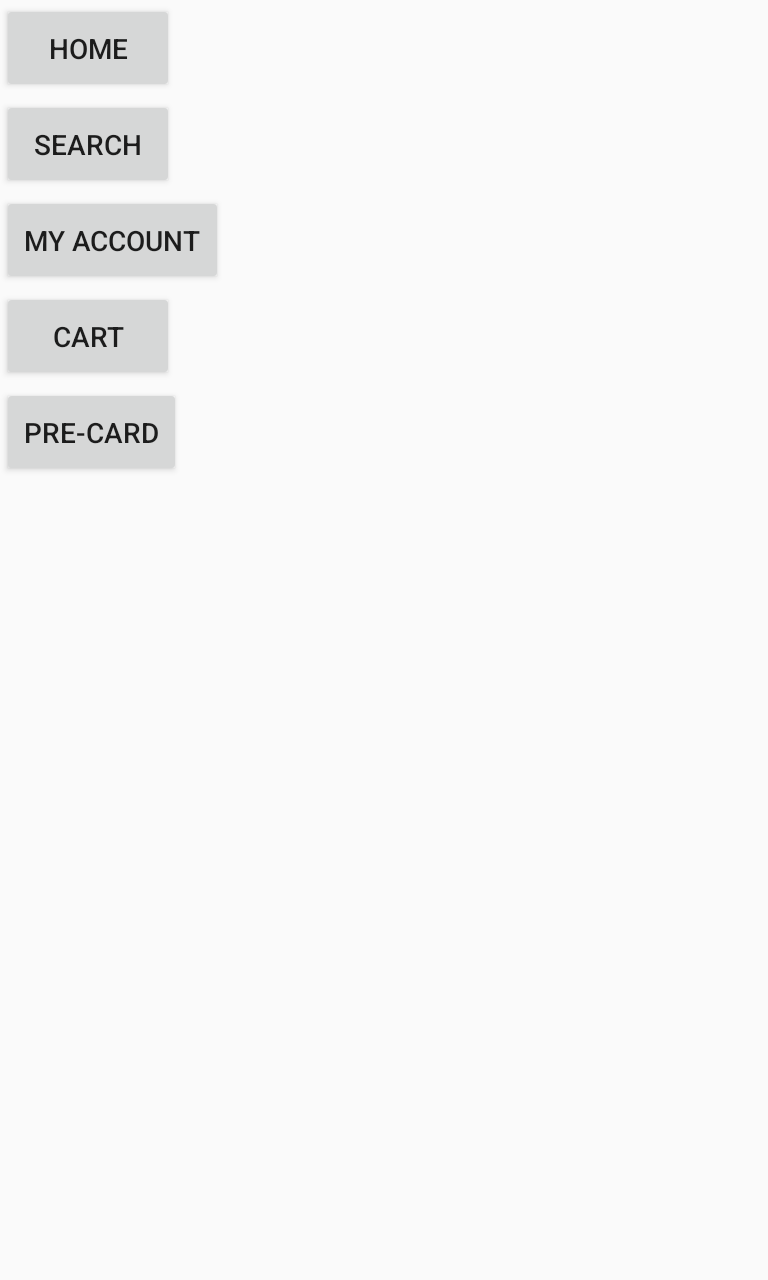
Repository: yangbingqi155/MyAndroidTrain
Layout: FirstDemo/res/layout/bottom_view.xml
The author's editor kept a copy of each file at every save. The layout is drawn from the files as they stood at one save, then again after the next save.
It is drawn on a 768 x 1280 px phone screen (xhdpi) without system bars, with theme AppTheme; the app's code is not run.

Above is the layout before, as saved 2015-07-16 05:15:20.

After the next save:
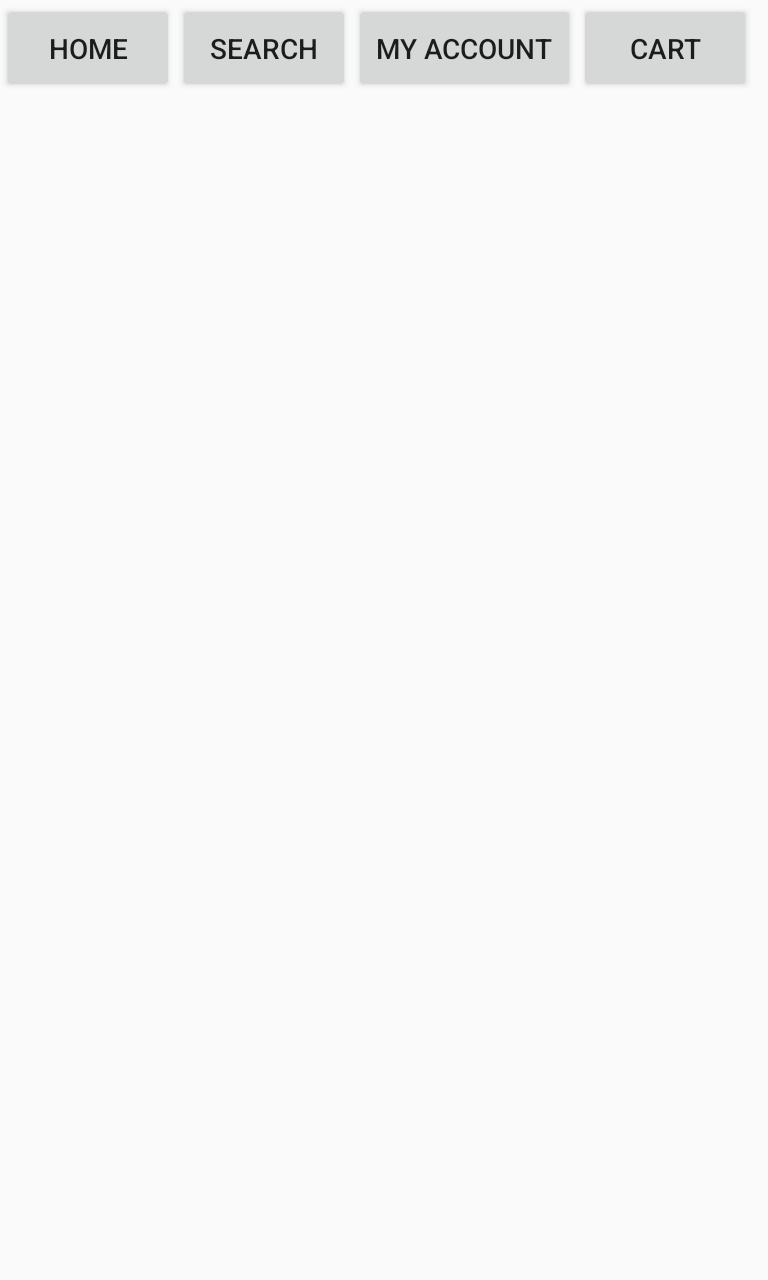
Saved 53 s later.
--- a/FirstDemo/res/layout/bottom_view.xml
+++ b/FirstDemo/res/layout/bottom_view.xml
@@ -2,7 +2,7 @@
 <LinearLayout xmlns:android="http://schemas.android.com/apk/res/android"
     android:layout_width="match_parent"
     android:layout_height="match_parent"
-    android:orientation="vertical" >
+    android:orientation="horizontal" >
 
 <Button android:id="@+id/btn_home"
     android:layout_height="wrap_content"
@@ -27,10 +27,4 @@
     android:layout_height="wrap_content"
     android:text="@string/cart_bottom_button"
     />
-<Button
-    android:id="@+id/btn_pre_cart"
-    android:layout_width="wrap_content"
-    android:layout_height="wrap_content"
-    android:text="@string/preorder_cart_bottom_button"
-    />
 </LinearLayout>
